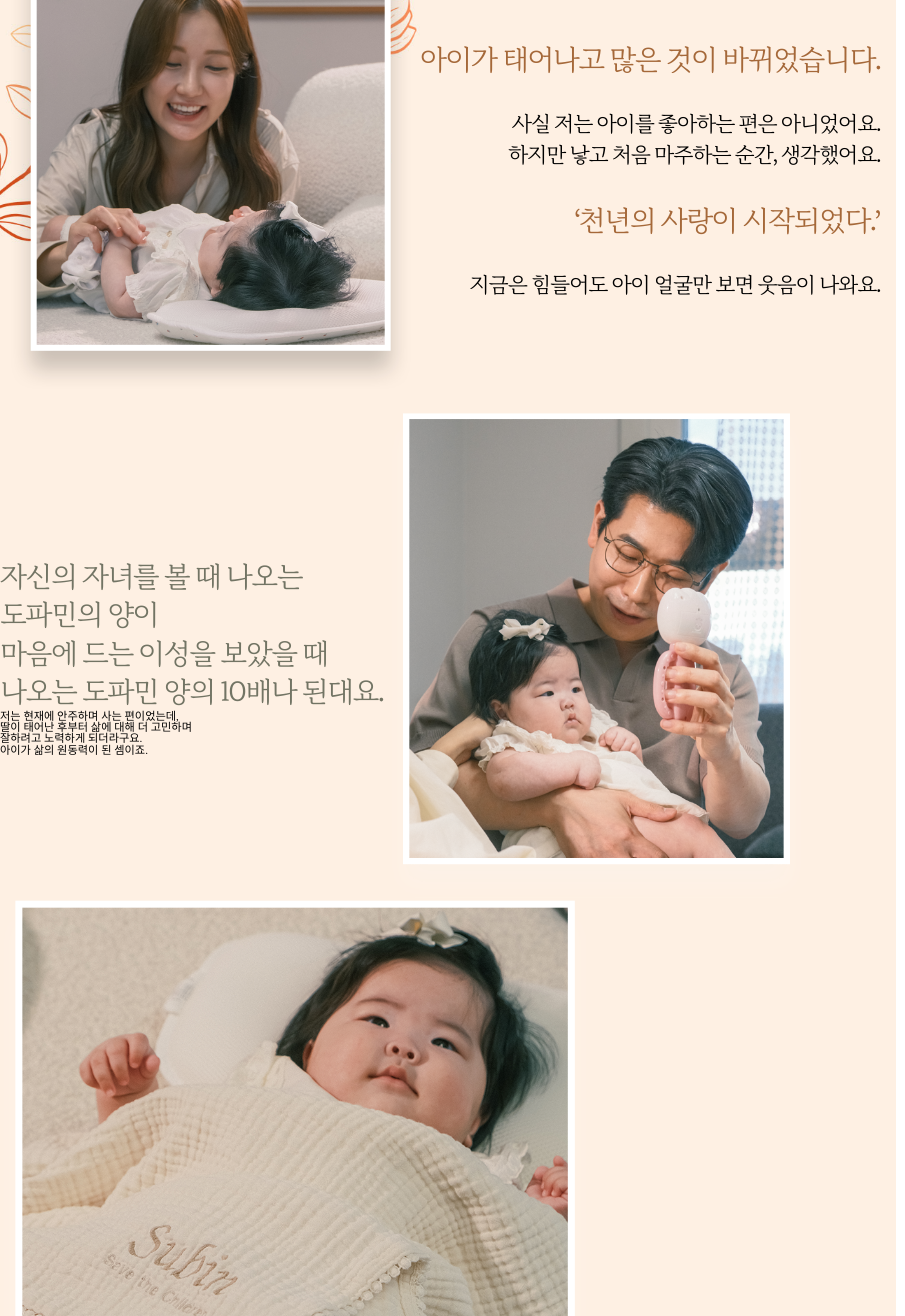
Repository: dlgywls1130/saveTheChildren
Page: index.html
These files come from the project's save history. The page is drawn as it stood at one moment and after the next save; the edit follows.
The browser window is 1280 px wide. The page is 1293 px wide, so the pictures cover 1293 px, including what lies to the right of the window. The pictures show the part of the page from y = 3261 to 5141 px (the page is 10384 px tall), at 70% of full size.
Some web fonts or font styles are not loaded; a fallback is used. The style sheet was rebuilt from its Sass, Less or Tailwind sources for each picture, by a compiler version that may differ from the author's.

Above is the page before, as saved 2024-11-01 22:33:09.

After the next save:
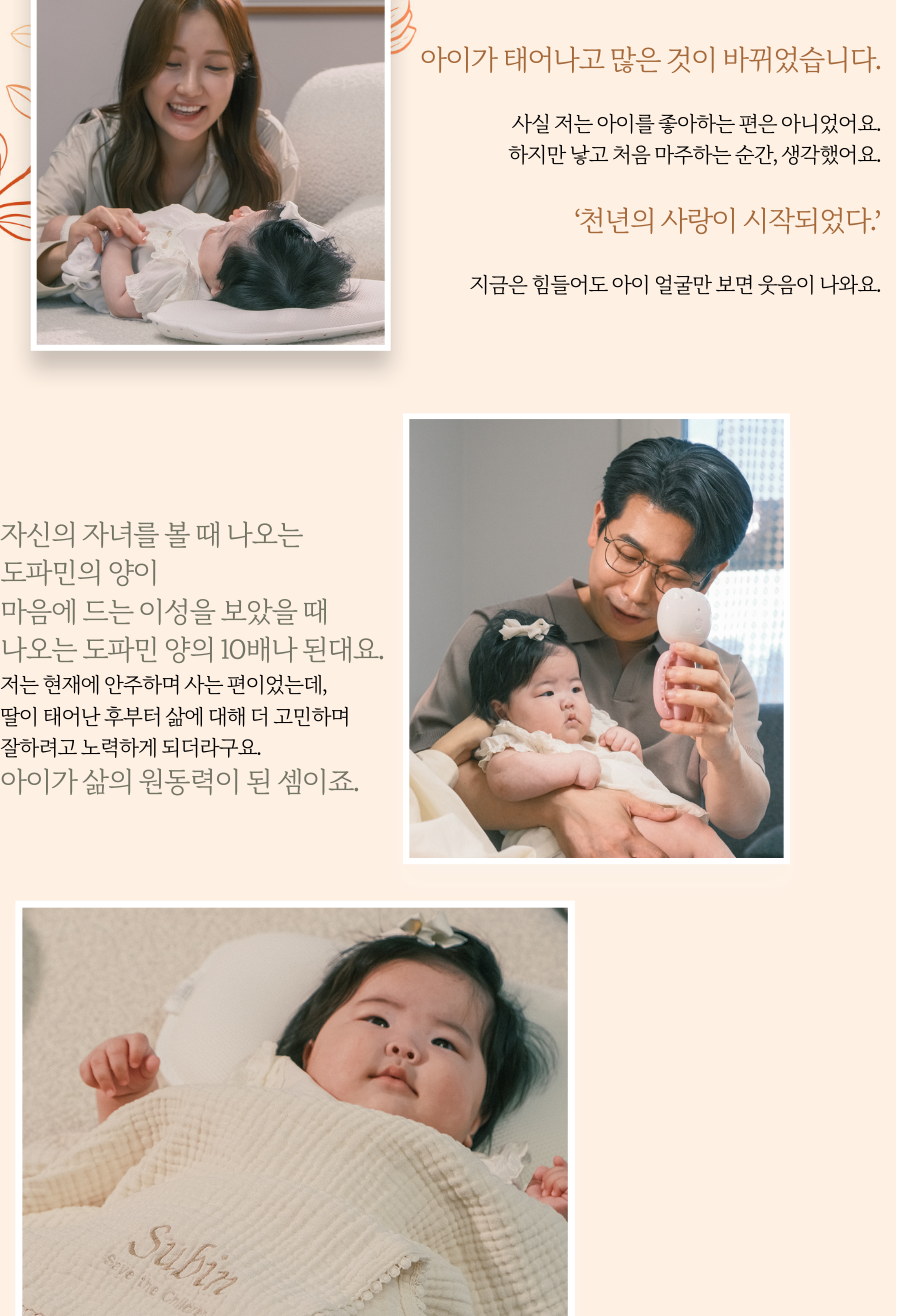
Saved 66 s later.
--- a/css/common.scss
+++ b/css/common.scss
@@ -532,10 +532,19 @@ $sides: (
                     }
 
                     .story_text_02{
-
+                        text-align: left;
+                        line-height: 45px;
+                        letter-spacing: -0.06em;
+                        color: #000;
+                        @include font('maru', 30px, map-get($font-weights, 'regular'));
                     }
 
                     .story_text_03{
+                        text-align: left;
+                        line-height: 50px;
+                        letter-spacing: -0.06em;
+                        color: map-get($colors, 'olive' );
+                        @include font('maru', 40px, map-get($font-weights, 'regular'));
 
                     }
                 }
